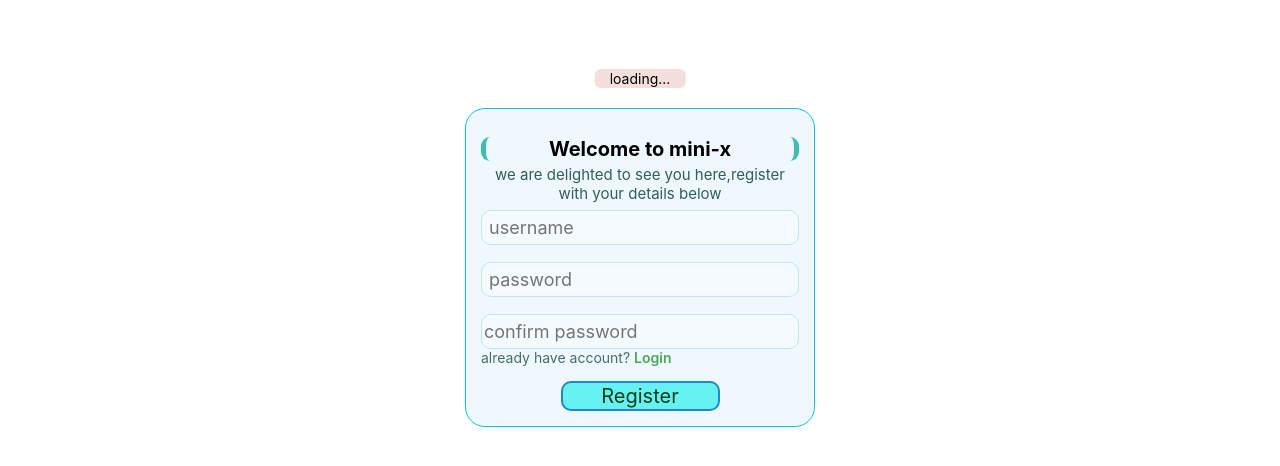
Repository: Usmanashir33/second-app
Page: /
The author's editor kept a copy of each file at every save. The page is drawn from the files as they stood at one save, then again after a run of saves.
The browser window is 1280 px wide. The pictures show the whole page.
Some web libraries are served in a nearby version. The project was rebuilt for these pictures with package versions that can differ from the ones it lists, and the page was loaded fresh each time. Also part of the build but not shown: src/PostForm.js, src/Home.js, src/useFetch.js, src/CommentForm.js, src/PostCard.js, src/Posts.js, src/useGetUser.js, src/profile.css and 14 more.

Above is the page before, as saved 2024-07-24 10:05:32.

### public/index.html
<!DOCTYPE html>
<html lang="en">
  <head>
    <meta charset="utf-8" />
    <link rel="icon" href="%PUBLIC_URL%/favicon.ico" />
    <meta name="viewport" content="width=device-width, initial-scale=1" />
    <meta name="theme-color" content="#000000" />
    <meta
      name="description"
      content="Web site created using create-react-app"
    />
    <script src="https://kit.fontawesome.com/92b967c5a5.js" crossorigin="anonymous"></script>
    <link rel="apple-touch-icon" href="%PUBLIC_URL%/logo192.png" />
    <!--
      manifest.json provides metadata used when your web app is installed on a
      user's mobile device or desktop. See https://developers.google.com/web/fundamentals/web-app-manifest/
    -->
    <link rel="manifest" href="%PUBLIC_URL%/manifest.json" />
    <!--
      Notice the use of %PUBLIC_URL% in the tags above.
      It will be replaced with the URL of the `public` folder during the build.
      Only files inside the `public` folder can be referenced from the HTML.

      Unlike "/favicon.ico" or "favicon.ico", "%PUBLIC_URL%/favicon.ico" will
      work correctly both with client-side routing and a non-root public URL.
      Learn how to configure a non-root public URL by running `npm run build`.
    -->
    <title>React App</title>
  </head>
  <body>
    <noscript>You need to enable JavaScript to run this app.</noscript>
    <div id="root"></div>
    <!--
      This HTML file is a template.
      If you open it directly in the browser, you will see an empty page.

      You can add webfonts, meta tags, or analytics to this file.
      The build step will place the bundled scripts into the <body> tag.

      To begin the development, run `npm start` or `yarn start`.
      To create a production bundle, use `npm run build` or `yarn build`.
    -->
  </body>
</html>

### src/index.css

*{
  /* border: 1px solid ; */
  box-sizing: border-box;
  font-size: 20px;
  font-family:Arial, Helvetica, sans-serif;
  font-family: TwitterChirp, -apple-system, BlinkMacSystemFont, "Segoe UI", Roboto, Helvetica, Arial, sans-serif;
}
.normal{
  font-weight:normal;
}
:root{
  --sidebar-width:10%;
  --col1-width:65%;
  --col2-width:40%;
  --header-height:11.5vh;
  --border-color: rgb(140, 145, 145);
  --small-txt :16.5px;
  --small-txt-nav :13px;
  --small-txt-color:rgb(99, 98, 98);
  --post-card-hovor-bg : rgba(234, 234, 234, 0.375);
}
body{
  color-scheme: light;
  -webkit-text-size-adjust: 100%;
  -webkit-tap-highlight-color: rgba(0, 0, 0, 0);
}
.post-home-form{
  margin-top: 24px;
}
.inline{
  display: inline;
}
.block{
  display: block;
}
.bold{
  font-weight: 600;
}
.i-sizes{
  font-size: 26px;
  color:var(--small-txt-color);
}
.center-v{
  align-items: center;
}
.mr-back{
  margin: 10px 50px 0px 10px;
}
.simple-link{
  text-decoration: none;
  color: rgba(17, 50, 213, 0.918) !important;
}
.muted-txt{
  color: var(--small-txt-color);
}
.borderless{
  border: 0px !important;
}
.flex{
  display: flex;
}
.flex-center-colum{
  display: flex;
  flex-direction: column;
  align-items: center;
  justify-content: center;
}
.grid-center{
  display: flex;
  align-items: center;
  justify-content: center;
}
.v-line{
  background-color: red;
  border-left: 2px solid var(--border-color);
  height: 100%;
  margin-bottom: 10px;
}
.main-container{
  width: 100%;
  background-color: rgb(255, 255, 255) ;
  /* background-color: rgb(223, 45, 45) ; */
  position:relative;
}

.flex-end{
  display: flex;
  justify-content: space-between;
}

.add-media{
  color: rgb(16, 194, 244);
}
#add-post{
  background-color: rgb(16, 194, 244);
  border-radius: 20px;
  border: 1px;
  color: white;
  padding: 1px 13px 0px 13px;
}
.sidebar{
  background-color: rgb(255, 255, 255) ;
  position: fixed;
  top: 0px;
  display: grid;
  justify-content:end;
  width: var(--sidebar-width);
  border-right: 2px solid var(--border-color);
  padding: 0px 8px;
  height:100vh;
  overflow: hidden ;
  overflow-y:scroll;
  scrollbar-color: rgba(153, 183, 194, 0.991) white;
}

.container{
  display: flex;
  position:absolute;
  top:-9px;
  width:85%;
  margin-left: calc(var(--sidebar-width) + 5px);
}

.sidebar a,.sidebar div {
  height: 50px;
  margin: 10px 05px;
  justify-content: center;
  color: rgb(10, 10, 23);
}
#logo{
  width: 100%;
  height: 100%;
  object-fit:fill;
  /* border: 2px solid yellow; */
  border-radius: 50px;
}
.side-element i{
  font-size:25px ;
  padding: 12px;
  border-radius: 50px;
}
.side-element i:hover{
  background-color: rgba(171, 175, 184, 0.381);
}
.col1,.col1-clone{
  background-color: #eff0ec35;
  width: 60%;
  max-height: 100vh;
  /* overflow-y:auto; */
}
.home-container{
  width:100%;
  /* border: 5px solid red; */
}
.comment-container{
  background-color: white !important;
  width: 50% !important;
  min-width: 430px;
  left: 50%;
  transform: translateX(-50%);
  margin: 0px auto;
  border: 2px solid var(--border-color);
  border-radius: 10px;
  padding: 5px;
}
.comment-form{
  /* width:unset !important; */
  background-color: white;
  border-radius: 20px;
}
.float-form{
  position: fixed;
  top : 20%;
  /* transform: translateY(-50%); */
  z-index: 9999;
}
.relative{
  position:relative;
}
.form-header{
  display: flex;
  justify-content: space-between;
  margin:5px 0px 10px 0px;
}
.back{
  display: none;
}
.back:hover,.cancel:hover{
  padding: 5px;
  border-radius: 50px;
  background-color: rgba(171, 175, 184, 0.381);
}
#reply-button{
  border-radius:20px ;
  background-color:rgb(27, 188, 246);
  color: white;
  border: 0px;
  padding: 2px 15px;
}
.right-top{
  position: absolute;
  right:2px;
  top: 0px;
}
.right-bottom{
  position: absolute;
  right:2px;
  bottom: 0px;
}
.small-txt{
  font-size:16px;
}
textarea{
  min-width: 100%;
  max-width: 100%;
  max-height: 40vh;
  background-color: unset;
  padding: 12px;
  border: 0px;
  resize:none;
  /* overflow: hidden; */
}
textarea:focus-within{
  outline: none;
  /* background-color: red; */
}
.form-footer{
  display: flex;
  margin:5px 0px 10px 0px;
}
.comment-upload-label{
  color: rgb(12, 130, 234);
}
.comment-upload-label > i{
  width: 80px;
  font-size: 25px;
  /* font-weight: bold; */
}

#comment-file-input{
  /* display: none; */
}

.hidden{
 display: none;
}

.space-fixed{
  position:-webkit-sticky;
  position: sticky;
  top: 70px;
}
.fixed{
  position: fixed;
  top: 5px;
  width: 100%;
}
.cols-container{
  display: flex;
  margin-left: calc(var(--sidebar-width) + 3px);
}
.col2{
  /* display: none; */
  /* position: absolute; */
  /* right: 5px; */
  margin-left: 6px;
  top: 0px;
  padding: 10px 20px;
  width: var(--col2-width);
}
.search-icon {
  display: inline;
  position: absolute;
  left: 12px;
  top: 12px;
  color: rgba(115, 112, 112, 0.825);
}
.search-form input{
  width:88%;
  border-radius: 20px;
  height: 2.1rem;
  padding: 0px 39px;
  background-color: rgb(224, 238, 250);
  border: 0px;
}
.relative{
  position: relative;
}
.search-form,.page-header,.sticky-top{
  background-color: rgba(255, 255, 255, 0.95);
  /* background-color: rgba(241, 26, 26, 0.982); */
  position: -webkit-sticky;
  position: sticky;
  top: 0;
  padding-top: 5px;
  z-index: 9999;
}
.search-form{
  height: var(--header-height);
}
.page-header{
  height: auto;
  max-width: 600px;
}
.header-txt{
  font-weight: bolder;
  margin-bottom: 10px;

}
.header-links{
  display: flex;
  width: 100%;
  text-align: center;
  overflow-x: hidden;
}
.header-link{
  text-decoration: none;
  cursor: pointer;
  /* background-color: red; */
  /* background-color: rgba(199, 196, 196, 0.419); */
  padding: 3px 7px 8px 7px ;
  padding: 15px ;
  text-align: center;
  height: 100%;
  color: var(--small-txt-color);
  font-weight: 500;
}
.header-link:focus{
  border-bottom: 3PX SOLID rgb(86, 160, 246);
  border-radius:0px 0px 5px 5px;
  outline: none;
}
.active{ /* tthis is for react NavLink  */
  border-bottom: 2px solid rgb(86, 160, 246);
  border-radius:0px 0px 2px 2px;
  outline: none;
}
.header-link:hover{
  background-color: rgba(199, 196, 196, 0.419);
}
.search-form input:active{
  background-color: rgba(255, 255, 255, 0.169);
  border: 1px solid rgb(99, 206, 233);
}
.posts-container{
  height: max-content;
}
.post-card{
  max-width: 600px;
  display: flex;
  padding-top: 8px;
  /* margin-bottom: 5px; */
  border-bottom: 1px solid rgb(211, 210, 210);
}
.post-card:hover{
  background-color: var(--post-card-hovor-bg)
}
.post-col1{
  width: 15%;
  display: flex;
  justify-content: center;
  /* align-items: center; */
  /* border: 1px solid red; */
}
.post-col2{
  width: 85%;
}
.post-header{
  display: flex;
  align-items: center;
  justify-content:space-between;
  /* margin-right: 10px; */
  width: 100%;
}
.post-userdata{
  display: flex;
  width: 90%;
}
.post-dot {
  /* border: 1.5px solid red; */
  display: flex;
  justify-content: end;
  padding-right:8px;
  width: 10%;
  font-size: 17px;
}
.post-dot-container{
  border:2px solid rgba(82, 78, 78, 0.211);
  position: absolute;
  background-color: rgb(255, 255, 255);
  font-weight: 500;
  border-radius: 10px;
  padding: 10px;
  z-index: 9999;
}
.post-dot-container a  span {
  display: block;
  color: rgb(0, 0, 0);
  font-size: 16px;
  margin-bottom: 13px;
  padding: 0px 7px;
}
.post-dot-container a {
  text-decoration: none;
}
.post-dot-container span:hover{
  background-color: rgba(218, 211, 211, 0.33);
}
.post-name,.post-username,.post-date{
  text-wrap:nowrap;
  overflow-x: hidden;
  margin: 3px 5px 0px 0px ;
}
.post-name{
  max-width: 55%;
  font-size:16px;
  font-weight: bold;
  color:rgb(5, 5, 5);
}
.post-username{
  max-width: 30%;
  font-size:var(--small-txt);
  color: var(--small-txt-color);
}
.post-date{
  font-size:var(--small-txt);
  color: var(--small-txt-color);
}
.post-txt{
  font-size: 0.9rem;
  /* font-size: 15px; */
  margin-top: 10px;
  color: rgb(15, 20, 25);
}
.post-media{
  border-radius: 10px;
  margin-top: 5px;
  display: flex;
  flex-wrap: wrap;
  width: 100%;
  gap: 2px;
  /* max-height: 85%; */
}
.post-image{
  max-width: 100%;
  height: 100%;
  object-fit: cover;
  /* border: 2px solid var(--border-color); */
  border-radius: 3px;
}
.postnav{
  display: flex;
  align-items: center;
  justify-content:space-between;
  padding: 3px;
  margin: 10px 0px;
  /* color: red; */
  /* background-color: rgba(199, 203, 203, 0.281); */
}

.profile-image{
  width: 48px;
  height: 48px;
  border-radius:50%;
  margin: 0px auto;
}
.liked{
  font-weight: bold !important;
  color: rgba(255, 4, 4, 0.687) !important;
}
.rotate{
  position: relative;
  transform-origin: 50% 50%;
  animation: like-rotator 100ms ease-out;
}
.reposted{
  color: rgba(4, 111, 18, 0.99) !important;
  font-weight: bold !important;

}
.postnav .post-nav-link div {
  font-size: calc(var(--small-txt) - 1.5px);
  /* font-size: 15px; */
  color: var(--small-txt-color);
  /* color: red; */
}
.post-nav-link{
  text-decoration: none;
  font-weight: bold;
}
.postnav div i:hover ,.post-dot i:hover{
  color:green;
  font-weight: bold;
  background-color: rgba(36, 171, 36, 0.233);
  padding: 3px;
  border-radius: 50px;
}
.comment-form-dialog{
  background-color: rgb(255, 255, 255);
  /* outline: none; */
  border: none;
  max-width: 280px;

  border-radius: 20px;
  /* gap:10px; */
}
.cancel-dialog,.confirm-action{
  background-color: rgb(0, 0, 0);
  border-radius: 20px;
  border: 1px solid black;
  width: 100%;
  color: rgb(250, 251, 252);
  margin: 12px ;
  padding: 5px 10px;
  font-weight:600;

}
.confirm-action{
  background-color: rgba(251, 249, 249, 0.896);
  color: black;
}
.confirm-action:hover{
  background-color: rgba(11, 7, 1, 0.586);
  color:white;
}
.dialog-question{
  margin-bottom: 20px;
  font-size: 20px;
}
.absolute{
  position: absolute;
}
.triangle{
  position: absolute;
  bottom: -35px;
  /* left: 3px; */
  width: 0;
  height: 0;
  border-top: 30px solid transparent;
  border-bottom: 15px solid transparent;
  border-left: 25px solid rgb(255, 255, 255);
  transform: rotate(90deg);
}
.tri-content a,.current-account{
  color: black;
  font-size: 16px;
  display: block;
}
.current-account{
  display:inline;
}
.tri-content {
  /* font-size: 14px; */
  padding: 5px 15px ;
  position:fixed;
  left: 2%;
  bottom: 14%;
  background-color: white;
  box-shadow: 10px 8px 16px rgba(86, 72, 72, 0.2);
  z-index: 999;
  width:max-content ;
  border-radius: 12px;
  /* border: 2px solid red; */
}
.loading-container,.failed-container{
  /* background-color: rgb(174, 243, 246); */
  background-color: rgba(240, 205, 202, 0.641);
  width:max-content;
  font-size: 14px !important;
  text-align: center;
  /* color: rgb(38, 93, 110) !important; */
  border-radius: 6px;
  padding: 1px 15px;
  position: fixed;
  top:-40px;
  left: 50%;
  transform: translateX(-50%);
  z-index: 9999;
}
.failed-container{
  color: rgb(205, 3, 3) !important;

}
.error-container{
  text-align: center;
  margin: 100px auto;
  margin-top: 100px;
  color: rgb(213, 1, 1);
  background-color: bisque;
  width: 50%;
  font-weight: bolder;
  border-radius: 10px;
}
@media screen and (max-width:1000px) {
  .col2{
      display: none;
  }
  .col1,.col1-clone{
      width: 100%;
      max-width: 680px;
      /* max-height: 100vh; */

  }


}
@media screen and (max-width:650px) {
  .comment-container{
    height: 100vh;
    width: 100vw !important;
    border: 0px solid var(--border-color);
    padding: 20px 19px 0px 20px !important;
  }
  .float-form{
    top : 0px;
  }
  .cancel{
    display: none;
  }
  .back{
    display: block;
  }
}
.post-detail-page > div{
  /* background-color: red; */
  /* padding-top: 15%; */
  position: absolute;
  top:60px;
  /* left: 30px; */
}

@keyframes like-rotator {
  0% {
      transform: rotate(0deg);
  }
  50% {
      /* background-color: blueviolet; */
  }
  75% {
      /* background-color:rgba(9, 123, 92, 0.46) ; */
      /* color: blue; */
  }
  100% {
      transform: rotate(360deg);
  }
}

### src/App.js
import { BrowserRouter as Router,Route,Switch} from "react-router-dom/cjs/react-router-dom.min";
import Register from "./account/Register";
import Col1 from "./Col1";
import Col2 from "./Col2";
import Container from "./Container";
import AuthContextProvider from "./contexts/AuthContext";
import Sidebar from "./Sidebar";
import { useEffect } from "react";


function App() {
  // const hideAllDD = () => {
  //   const dropChilderen = document.querySelectorAll('.dropdown');
  //   if (dropChilderen){
  //       dropChilderen.forEach((dropchild) => {
  //           dropchild.classList.add("hidden")
  //       });
  //   }
  // };
  // const logoutCont = (e) => {
  //   hideAllDD();
  //   const LogoutContainer = document.querySelector(".tri-content");
  //   LogoutContainer.classList.remove('hidden');
  //   e.stopPropagation();
  // };
  // const stopChildLinks = () => {
  //   document.querySelectorAll('.child-link').forEach((child) => {
  //     child.addEventListener("click",(event) => {
  //       console.log(event.target);
  //       console.log('child link clicked');
  //         event.stopPropagation();
  //     })
  //   })
  // }
  // document.addEventListener('click',() => {
  //   hideAllDD();
  // })
  // useEffect(() => {
  //   // stopChildLinks();
  // })

  return (
  <div className="App main-container">
    <AuthContextProvider>
      <Router>
        <Switch>

          <Register/>
          {/* <Sidebar />  */}
          {/* <Container /> */}
          <div className="cols-container">
            {/* <Col1/> */}
            {/* <Col2/> */}
          </div>
      </Switch>
      </Router>
    </AuthContextProvider>
  </div>
  );
}

export default App;

### src/account/Register.js
import {useContext, useState } from "react";
import "./register.css";
import useLogin from "../hooks/LoginHook";
import { authContext } from "../contexts/AuthContext";

const Register = () => {
    const resetForm = () => {
        setUsername('');setPassword1('');setPassword2('')
        }
    const {loading} = useContext(authContext);
    const {logging,failed,login} = useLogin(resetForm);
    const [haveaccount,setHaveAccount] = useState(false);
    const [username,setUsername]= useState('');
    const [password1,setPassword1]= useState('');
    const [password2,setPassword2]= useState('');

    const handleForm = (e) => {
        e.preventDefault();
        if (haveaccount){ // login
            const user = {username,password1}
            login(user);
        }else{ // register
            const new_user = {username,password1,password2}
            alert('new');
            resetForm()
        }

    }
    // return !isAuthenticated? (
    return(
        <div className="r-form">
            {<div className="loading-container">loading...</div>}
            { logging && <div className="loading-container">{logging}</div>}
            {failed && <div className="error-container">{failed}</div>}
            <form onSubmit={(e) => {handleForm(e)}}>
                {!haveaccount && <h1>Welcome to mini-x</h1>}
                {haveaccount && <h1>Welcome back to mini-x</h1>}
                {!haveaccount && <p className="welcoming">we are delighted to see you here,register with your details below</p>}
                { haveaccount && <p className="welcoming">Sign up with your details below</p>}
                <section>
                    <input type="text" name="username" id="username"
                    required value={username} onChange={(e) => {setUsername(e.target.value)}}  placeholder=" username" />
                </section>
                <section>
                    <input type="password" name="password1" id="password1"
                    required value={password1} onChange={(e) => {setPassword1(e.target.value)}}   placeholder=" password" />
                </section>
                { !haveaccount && <section className="password2">
                    <input type="password" name="password2" id="password2"
                    required value={password2} onChange={(e) => {setPassword2(e.target.value)}}   placeholder="confirm password" />
                </section>}
                {!haveaccount && <p className="have-account">already have account? <span onClick={(e) => {setHaveAccount(true)}}>Login</span></p>}
                {haveaccount && <p className="have-account">Don't have account? <span onClick={(e) => {setHaveAccount(false)}}>Register</span></p>}
                {!haveaccount && <button type="submit">Register</button>}
                {haveaccount && <button type="submit">Login</button>}
            </form>
        </div>
    //  ) : <Redirect to='/'/>;
     );
}

export default Register;

### src/contexts/AuthContext.js
import { jwtDecode } from "jwt-decode";
import { createContext, useState } from "react";
import config from "../hooks/Config";
export const authContext = createContext();


const AuthContextProvider = ({children}) => {
    const [isAuthenticated,setIsAuthenticated] = useState(
        localStorage.getItem("access")? localStorage.getItem("access") : false
    );
    const [loading,setLoading] = useState(false);
    const refreshToken = () => {
        const RToken = localStorage.getItem('refresh');
        if (RToken){
            fetch(`${config.BASE_URL}/api/token/refresh/`,{
                method:"POST",
                headers:{"Content-Type":"application/js"},
                body: JSON.stringify(RToken)
            })
            .then((resp) => {return resp.json()})
            .then((data) => {
                localStorage.setItem('access',data.access);
            })}
        else{
            setIsAuthenticated(false);
        }
    }
    const getToken = () => {
        let token = localStorage.getItem('access');
        if (token){
            let decoded = jwtDecode(token);
            if (decoded.exp < Date.now()){
                refreshToken();
                return getToken();
            }
            return token;
        }else{
            setIsAuthenticated(false);
        }
    }
    const logOut = () => {
        localStorage.removeItem('access');
        localStorage.removeItem('refresh');
        setIsAuthenticated(false);
    }
    return (
        <authContext.Provider value={{
            isAuthenticated,setIsAuthenticated,logOut,
            loading,setLoading,getToken,refreshToken
        }} >
            {children}
        </authContext.Provider>
     );
}

export default AuthContextProvider;

### src/account/register.css
.r-form{
    /* margin: 0px auto; */
    border: 1px  rgb(14, 195, 219);
    border-style :groove;
    border-radius: 20px;
    padding: 15px;
    max-width: 350px;
    /* min-height: 380px; */
    text-align: center;
    position: relative;
    left: 50%;
    top: 100px;
    transform: translateX(-50%);
    background-color: aliceblue;
    /* transform: translateY(-50%); */
}
form section{
    margin-top: 12px;
}
form h1{
    border-left: 5px solid rgb(63, 188, 180);
    border-right: 5px solid rgb(63, 188, 180);
    border-radius:9px;
}
form .welcoming{
    font-size: 15px;
    color: rgb(49, 94, 94);
    margin: -10px 0px;

}
form section input{
    width: 100%;
    height: 35px;
    margin-top: 5px;
    border-radius:10px;
    border: none;
    background-color: rgba(253, 253, 248, 0.24);
    border: 1.5px solid rgb(195, 229, 241);
    font-size: 18px;
    padding: 0px 2px;
}
form section input:focus-visible{
    padding: 2px;
    outline: 1px dashed rgb(7, 169, 209);
}
form section input:hover{
    background-color: rgb(232, 244, 246);
}
.have-account{
    font-size: 14px;
    color: rgb(71, 109, 109);
    margin: 0px 0px;
    text-align: left;

}
.have-account span{
    font-size: 14px;
    color: rgba(3, 138, 12, 0.702);
    font-weight: 600;
}
.have-account span:hover{
    border-radius: 4px;
    padding: 0px 5px;
    background-color: aqua;
    color: rgb(31, 43, 31);
}
button[type='submit']{
    display:block;
    width: 50%;
    border-radius: 10px;
    border: 1px  ;
    color: rgb(17, 63, 23);
    background-color: rgba(88, 241, 241, 0.91);
    margin: 0px auto;
    border:2px double rgb(30, 138, 196) ;
    margin-top: 15px ;
}
button[type='submit']:hover{
    border: 1.5px dashed rgb(41, 72, 98);
}

### src/hooks/LoginHook.js
import { useContext, useState } from "react";
import { authContext } from "../contexts/AuthContext";
import config from "./Config";

const useLogin = () => {
    const [logging,setLogging] = useState('');
    const [failed,setFailed] = useState('');
    const {setLoading,setIsAuthenticated} = useContext(authContext);
    const login = (userData) => {
        setLoading(true);
        fetch(`${config.BASE_URL}/api/token/`,{
            method:"POST",
            headers : {
                "Content-Type":"application/json",
            },
            body:JSON.stringify(userData)
        }).then((resp) => {
            if (resp.ok){
                return resp.json();
            }
            setLoading(false);
            setFailed("failed");
        })
        .then((data) => {
            setLoading(false);
            localStorage.setItem('access',data.access);
            localStorage.setItem('refresh',data.refresh);
            setLogging("success");
            setIsAuthenticated(true);
        }).catch((err) => {
            setLoading(false);
            setFailed(err.message)
        })
        .finally(() => {
            setTimeout(() => {
                setFailed('');
                setLogging('');
                setLoading(false)
            }, 700);
        })
    }
    return {logging,failed,login};
}

export default useLogin;

### src/hooks/Config.js
const config = {
    BASE_URL : 'http://127.0.0.1:8000',
}

export default config;

Loaded but not shown: src/index.js (common file)

After the next 4 saves:
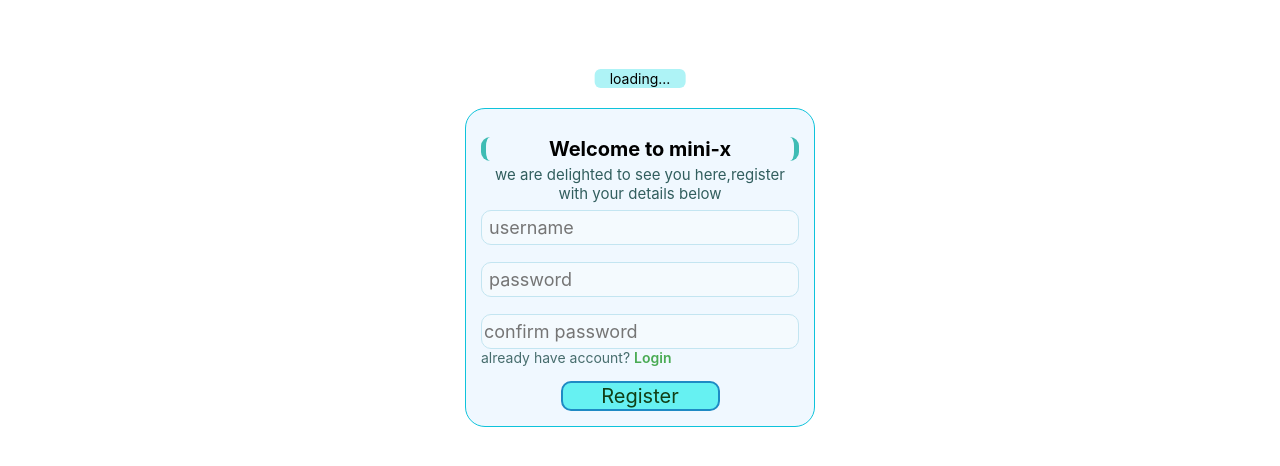
The 4 saves are shown as one change because they came seconds apart.
The last was saved 12 s later.
--- a/src/index.css
+++ b/src/index.css
@@ -564,8 +564,7 @@ textarea:focus-within{
   /* border: 2px solid red; */
 }
 .loading-container,.failed-container{
-  /* background-color: rgb(174, 243, 246); */
-  background-color: rgba(240, 205, 202, 0.641);
+  background-color: rgb(174, 243, 246);
   width:max-content;
   font-size: 14px !important;
   text-align: center;
@@ -580,7 +579,7 @@ textarea:focus-within{
 }
 .failed-container{
   color: rgb(205, 3, 3) !important;
-
+  background-color: rgba(240, 205, 202, 0.641);
 }
 .error-container{
   text-align: center;
